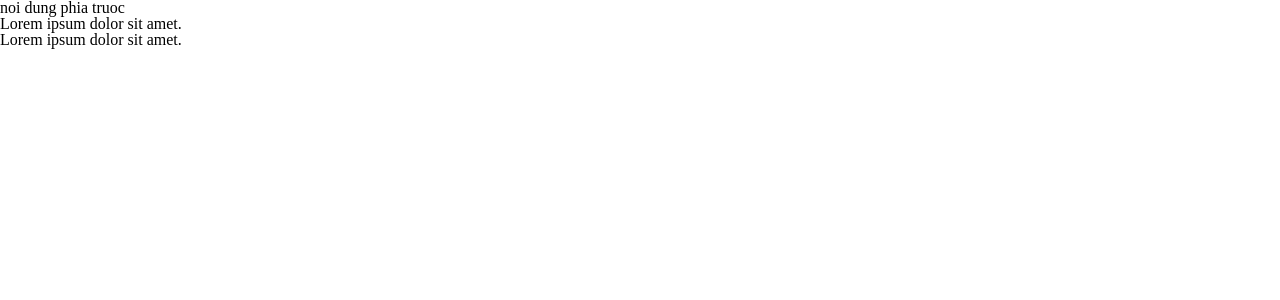
Repository: hoang71299/fe_26
Page: noti/index.html
An editor plug-in stored every save of this project. The page is shown before and after the next save, followed by the edit.
The browser window is 1280 px wide. The pictures show the whole page.

Above is the page before, as saved 2023-04-06 23:57:18.

### noti/index.html
<!DOCTYPE html>
<html lang="en">
<head>
  <meta charset="UTF-8">
  <meta http-equiv="X-UA-Compatible" content="IE=edge">
  <meta name="viewport" content="width=device-width, initial-scale=1.0">
  <title>Document</title>
  <link rel="stylesheet" href="style.css">
</head>
<body>
  <div class="box">
    <p>Lorem ipsum dolor sit amet.</p>
    <p>Lorem ipsum dolor sit amet.</p>
  </div>
</body>
</html>

### noti/style.css
*,
*:before,
*:after {
  box-sizing: border-box;
}
* {
  margin: 0;
  padding: 0;
  font: inherit;
}
img,
picture,
svg,
video {
  display: block;
  max-width: 100%;
}
input,
select,
textarea {
  background-color: transparent;
  outline: none;
}
button {
  cursor: pointer;
  background-color: transparent;
  outline: none;
  border: 0;
}
ul,ol{
  list-style: none;
}
body {
  min-height: 100vh;
  font-weight: 400;
  font-size: 16px;
  line-height: 1;
}
.box::before{
  content: "noi dung phia truoc";
}
.box::before{
  content: "noi dung phia truoc";
}

After the next save:
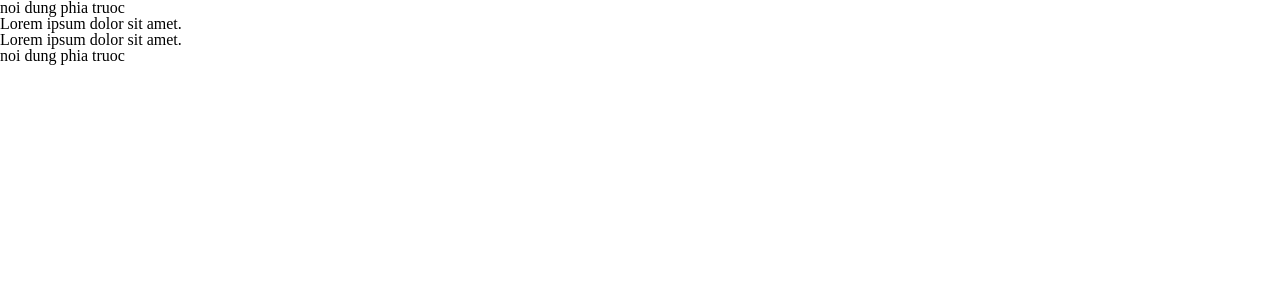
Saved 4 s later.
--- a/noti/style.css
+++ b/noti/style.css
@@ -39,6 +39,6 @@
 .box::before{
   content: "noi dung phia truoc";
 }
-.box::before{
+.box::after{
   content: "noi dung phia truoc";
 }
